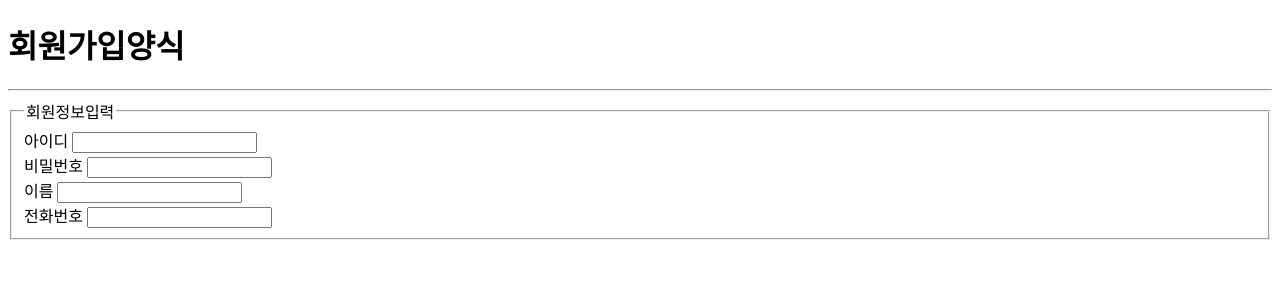
Repository: JWbase/Web_JAVA
Page: web-workspace/03_dbProject/src/main/webapp/html/joinFrm.html
The author's editor kept a copy of each file at every save. The page is drawn from the files as they stood at one save, then again after the next save.
The browser window is 1280 px wide. The pictures show the whole page.

Above is the page before, as saved 2022-08-30 01:39:06.

### web-workspace/03_dbProject/src/main/webapp/html/joinFrm.html
<!DOCTYPE html>
<html>
<head>
<meta charset="UTF-8">
<title>Insert title here</title>
</head>
<body>
	<h1>회원가입양식</h1>
	<hr>
	<form action="/join.do" method="post">
	<fieldset>
		<legend>회원정보입력</legend>
		<label for="memberId">아이디</label>
		<input type="text" name="memberId" id="memberId"><br>
		<label for="memberPw">비밀번호</label>
		<input type="password" name="memberPw" id="memberPw"><br>
		<label for="memberName">이름</label>
		<input type="text" name="memberName" id="memberName"><br>
		<label for="memberPhone">전화번호</label>
		<input type="text" name="memberPhone" id="memberPhone"><br>

	</fieldset>
	</form>
</body>
</html>

After the next save:
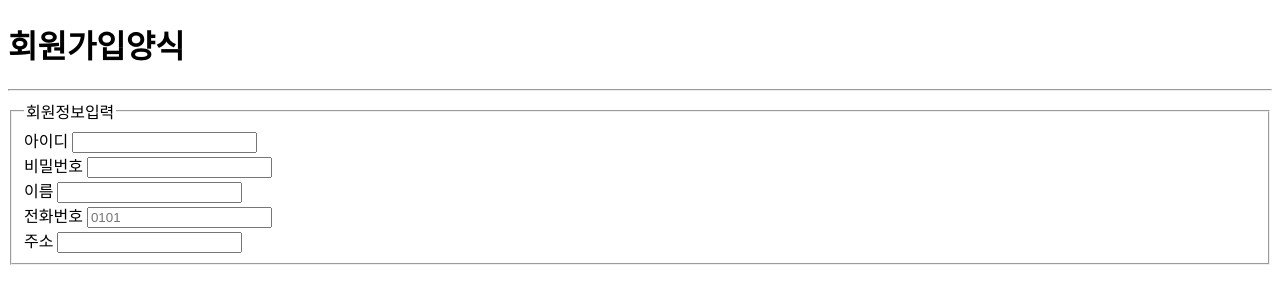
Saved 34 s later.
--- a/web-workspace/03_dbProject/src/main/webapp/html/joinFrm.html
+++ b/web-workspace/03_dbProject/src/main/webapp/html/joinFrm.html
@@ -17,7 +17,10 @@
 		<label for="memberName">이름</label>
 		<input type="text" name="memberName" id="memberName"><br>
 		<label for="memberPhone">전화번호</label>
-		<input type="text" name="memberPhone" id="memberPhone"><br>
+		<input type="text" name="memberPhone" id="memberPhone" placeholder="0101"><br>
+		<label for="memberAddr">주소</label>
+		<input type="text" name="memberAddr" id="memberAddr"><br>
+
 
 	</fieldset>
 	</form>
